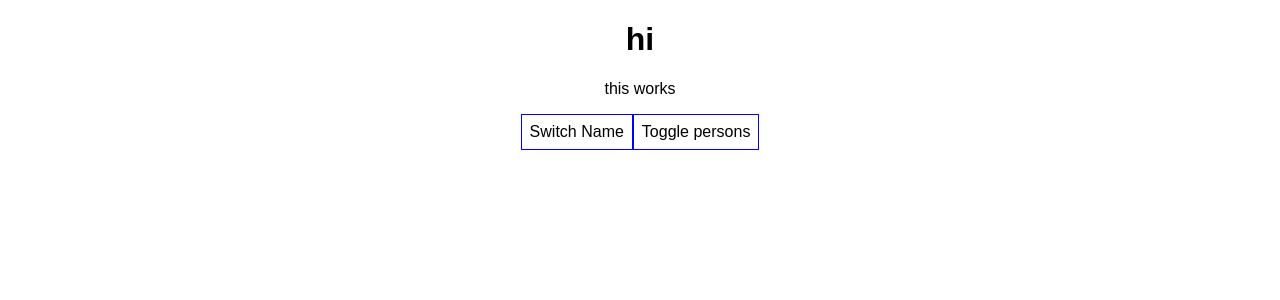
Repository: toni783/udemy_react
Page: / (app in react-complete-guide/)
These files come from the project's save history. The page is drawn as it stood at one moment and after the next save; the edit follows.
The browser window is 1280 px wide. The pictures show the whole page.
The project was rebuilt for these pictures with package versions that can differ from the ones it lists, and the page was loaded fresh each time. Also part of the build but not shown: react-complete-guide/src/components/Persons/Person/Person.css, react-complete-guide/src/Person/Person.js.

Above is the page before, as saved 2020-01-27 09:01:36.

After the next save:
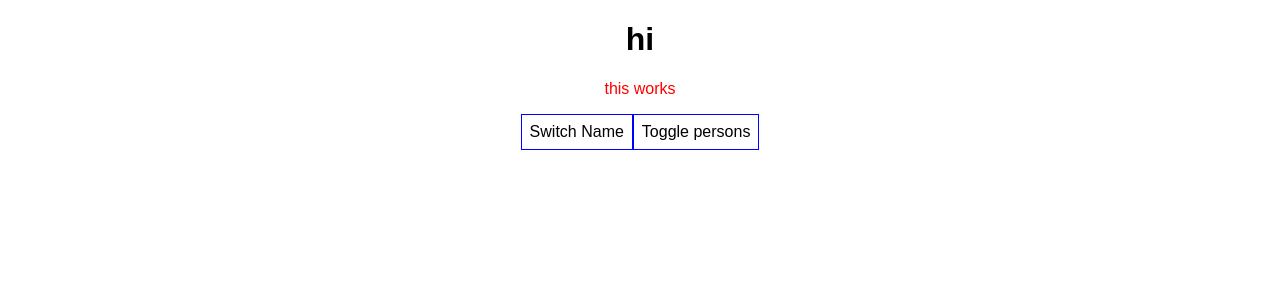
Saved 66 s later.
--- a/react-complete-guide/src/App.js
+++ b/react-complete-guide/src/App.js
@@ -108,29 +108,33 @@
     }
 
     const clasess = [];
-    if (this.state.persons)
-      return (
-        <div className="App">
-          <h1>hi </h1>
-          <p className={clasess}>this works </p>
-
-          <button
-            style={style}
-            onClick={() =>
-              this.switchNameHandler("Gilbert with arrow function ")
-            }
-          >
-            {" "}
-            Switch Name{" "}
-          </button>
-
-          <button style={style} onClick={this.togglePersonsHandler}>
-            Toggle persons
-          </button>
-          {persons}
-
-          {/* turnary approach */}
-          {/* {this.state.showPersons ? (
+    if (this.state.persons.length <= 2) {
+      clasess.push("red");
+    }
+
+    if (this.state.persons.length <= 1) {
+      clasess.push("bold");
+    }
+    return (
+      <div className="App">
+        <h1>hi </h1>
+        <p className={clasess}>this works </p>
+
+        <button
+          style={style}
+          onClick={() => this.switchNameHandler("Gilbert with arrow function ")}
+        >
+          {" "}
+          Switch Name{" "}
+        </button>
+
+        <button style={style} onClick={this.togglePersonsHandler}>
+          Toggle persons
+        </button>
+        {persons}
+
+        {/* turnary approach */}
+        {/* {this.state.showPersons ? (
           <div>
             <Person
               clicked={this.switchNameHandler.bind(
@@ -151,8 +155,8 @@
             </Person>
           </div>
         ) : null} */}
-        </div>
-      );
+      </div>
+    );
   }
 }
 

After the 2 saves that followed:
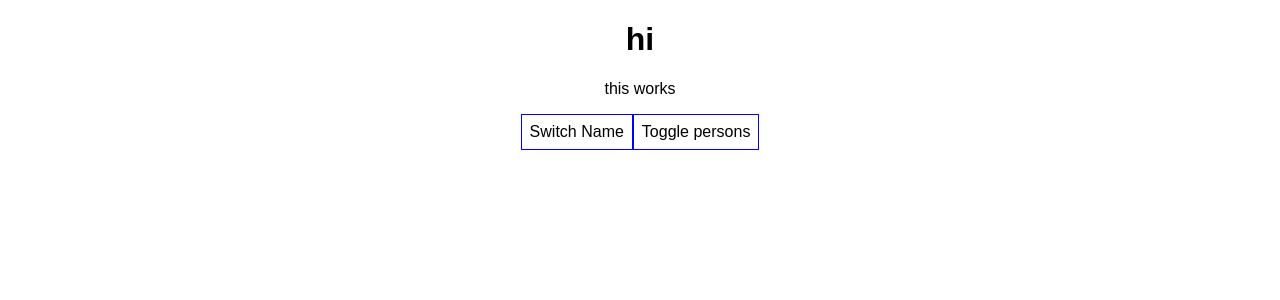
The 2 saves are shown as one change because 1 left the picture as it was.
The last was saved 78 s later.
--- a/react-complete-guide/src/App.js
+++ b/react-complete-guide/src/App.js
@@ -8,7 +8,8 @@
   state = {
     persons: [
       { id: 1, name: "Gilbert", age: 28 },
-      { id: 2, name: "Yayu", age: 25 }
+      { id: 2, name: "Yayu", age: 25 },
+      { id: 3, name: "Vianel", age: 25 }
     ],
     otherProperty: "anything can be here ",
     showPersons: false
@@ -115,10 +116,11 @@
     if (this.state.persons.length <= 1) {
       clasess.push("bold");
     }
+
     return (
       <div className="App">
         <h1>hi </h1>
-        <p className={clasess}>this works </p>
+        <p className={clasess.join(" ")}>this works </p>
 
         <button
           style={style}
